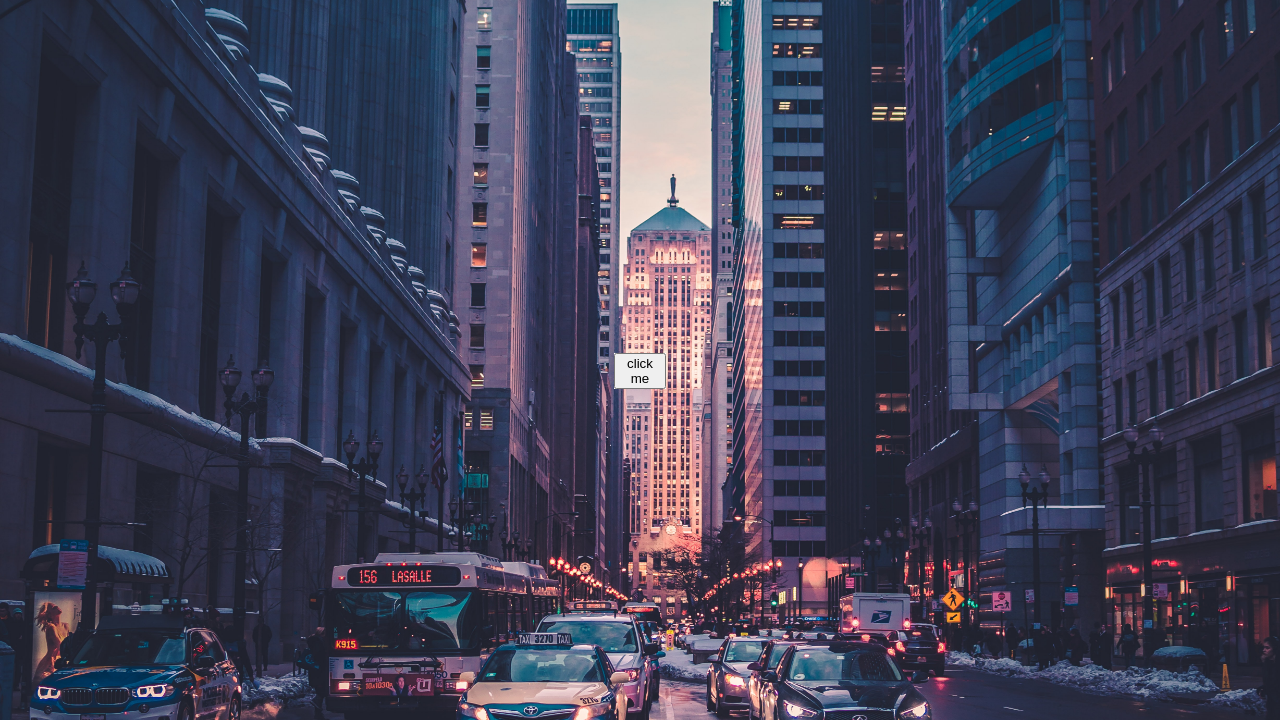
Repository: lamilekan263/random_advice
Page: /
These files come from the project's save history. The page is drawn as it stood at one moment and after a run of saves; the edit follows.
The browser window is 1280 px wide. The pictures show the whole page.
The page's requests for data from a server got no answer. The project was rebuilt for these pictures with package versions that can differ from the ones it lists, and the page was loaded fresh each time. No one was signed in, and anything a server would have sent is missing.

Above is the page before, as saved 2020-08-10 14:20:52.

After the next 2 saves:
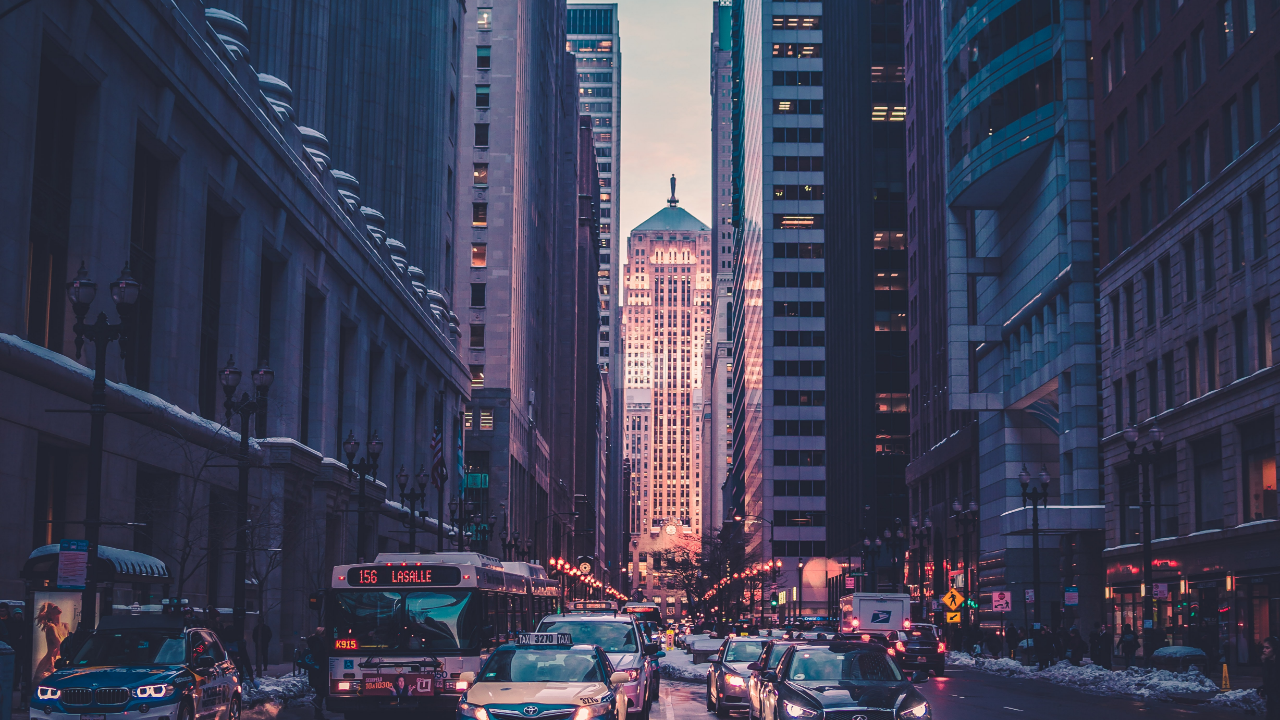
The 2 saves are shown as one change because they came seconds apart.
The last was saved 11 s later.
--- a/src/App.css
+++ b/src/App.css
@@ -17,5 +17,5 @@ body{
   width:80%;
   margin: 0 auto;
   background-color: white;
-  opacity:5;
+  opacity:0.2;
 }
